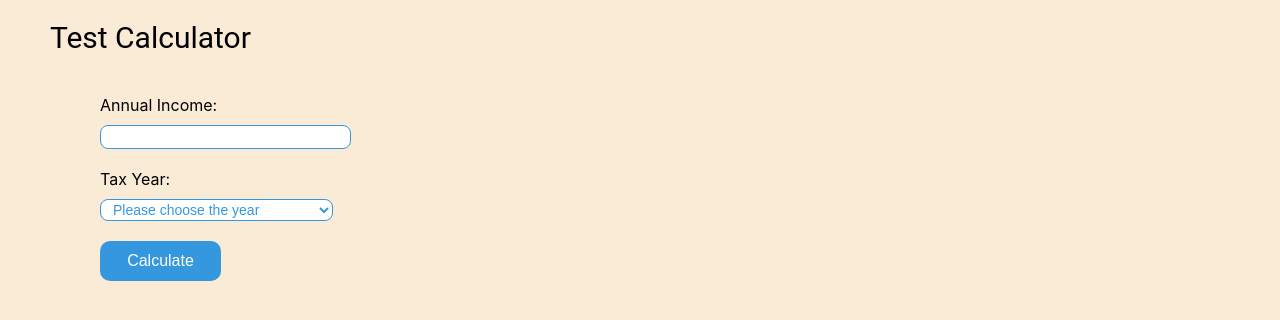
Repository: jbpadilha/taxcalculator
Page: /
The author's editor kept a copy of each file at every save. The page is drawn from the files as they stood at one save, then again after the next save.
The browser window is 1280 px wide. The pictures show the whole page.
The project was rebuilt for these pictures with package versions that can differ from the ones it lists, and the page was loaded fresh each time.

Above is the page before, as saved 2023-06-17 21:38:20.

After the next save:
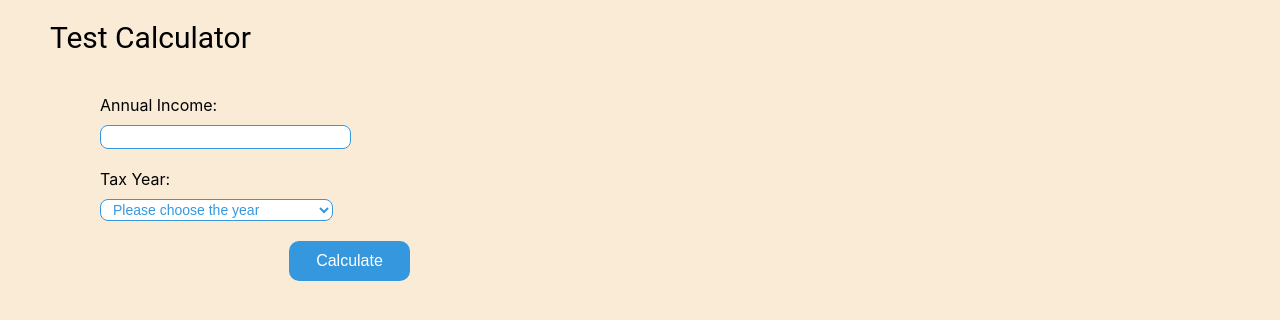
Saved 39 s later.
--- a/src/components/Main.tsx
+++ b/src/components/Main.tsx
@@ -28,6 +28,7 @@ const styles = {
     contentButton: {
         marginTop: 20,
         display: 'flex',
+        justifyContent: 'flex-end'
     },
     titleInput: {
         paddingTop: 10,
